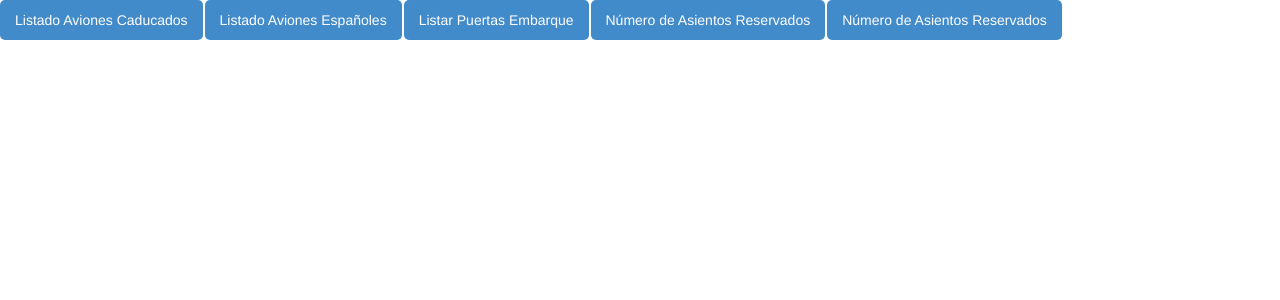
Repository: asbag/gestionaena
Page: http://localhost/gestionaena/WEB-INF/views/avion/formAvion.jsp
These files come from the project's save history. The page is drawn as it stood at one moment and after the next save; the edit follows.
The browser window is 1280 px wide. The pictures show the whole page.
The page is served by Tomcat 9. Nobody is signed in. Other server files are loaded and not shown. The template is opened directly, without the code that normally fills it, so the values that code supplies are empty.

Above is the page before, as saved 2015-04-14 18:51:13.

### gestionaena/src/main/webapp/WEB-INF/views/avion/formAvion.jsp
<%@ page language="java" contentType="text/html; charset=UTF-8"
	pageEncoding="UTF-8"%>
<!DOCTYPE html PUBLIC "-//W3C//DTD HTML 4.01 Transitional//EN" "http://www.w3.org/TR/html4/loose.dtd">
<html>
<head>
<meta http-equiv="Content-Type" content="text/html; charset=UTF-8">
<title>Actividad 1</title>
<!-- CSS de Bootstrap -->
<link href="${pageContext.request.contextPath}/css/bootstrap.min.css"
	rel="stylesheet" media="screen">

<!-- librerías opcionales que activan el soporte de HTML5 para IE8 -->
<!--[if lt IE 9]>
      <script src="https://oss.maxcdn.com/libs/html5shiv/3.7.0/html5shiv.js"></script>
      <script src="https://oss.maxcdn.com/libs/respond.js/1.4.2/respond.min.js"></script>
    <![endif]-->
</head>
<body>
	<ul class="nav nav-pills">
		<li class="active"><a
			href="${pageContext.request.contextPath}/avion/listar_caducados">
				Listado Aviones Caducados</a></li>
		<li class="active"><a
			href="${pageContext.request.contextPath}/avion/listar_espanioles">Listado
				Aviones Españoles</a></li>
		<li class="active"><a
			href="${pageContext.request.contextPath}/aeropuerto/listar_aeropuertos">Listar
				Puertas Embarque</a></li>
		<li class="active"><a
			href="${pageContext.request.contextPath}/avion/num_asientos">N&uacute;mero
				de Asientos Reservados</a></li>
		<li class="active"><a
			href="${pageContext.request.contextPath}/avion/num_asientos">N&uacute;mero
				de Asientos Reservados</a></li>
	</ul>

	<!-- Librería jQuery requerida por los plugins de JavaScript -->
	<script src="http://code.jquery.com/jquery.js"></script>

	<!-- Todos los plugins JavaScript de Bootstrap (también puedes
         incluir archivos JavaScript individuales de los únicos
         plugins que utilices) -->
	<script src="${pageContext.request.contextPath}/js/bootstrap.min.js"></script>
</body>
</html>

Loaded but not shown: gestionaena/src/main/webapp/css/bootstrap.min.css (library); gestionaena/src/main/webapp/js/bootstrap.min.js (library)

After the next save:
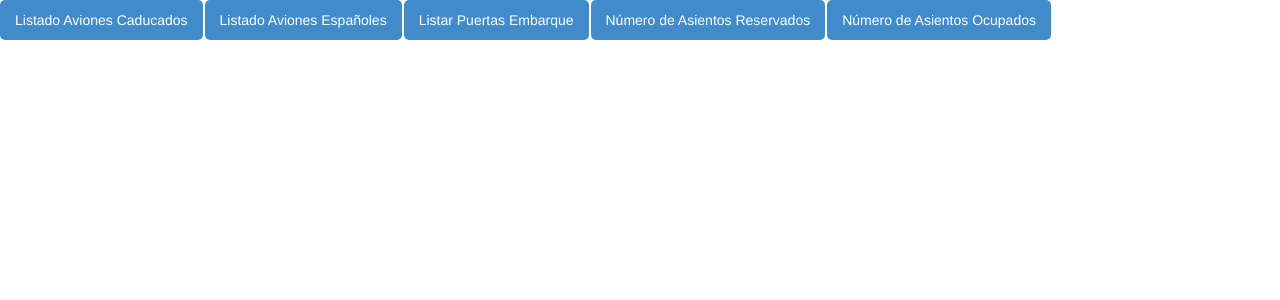
Saved 12 s later.
--- a/gestionaena/src/main/webapp/WEB-INF/views/avion/formAvion.jsp
+++ b/gestionaena/src/main/webapp/WEB-INF/views/avion/formAvion.jsp
@@ -30,8 +30,8 @@
 			href="${pageContext.request.contextPath}/avion/num_asientos">N&uacute;mero
 				de Asientos Reservados</a></li>
 		<li class="active"><a
-			href="${pageContext.request.contextPath}/avion/num_asientos">N&uacute;mero
-				de Asientos Reservados</a></li>
+			href="${pageContext.request.contextPath}/avion/num_asientos_ocupados">N&uacute;mero
+				de Asientos Ocupados</a></li>
 	</ul>
 
 	<!-- Librería jQuery requerida por los plugins de JavaScript -->
